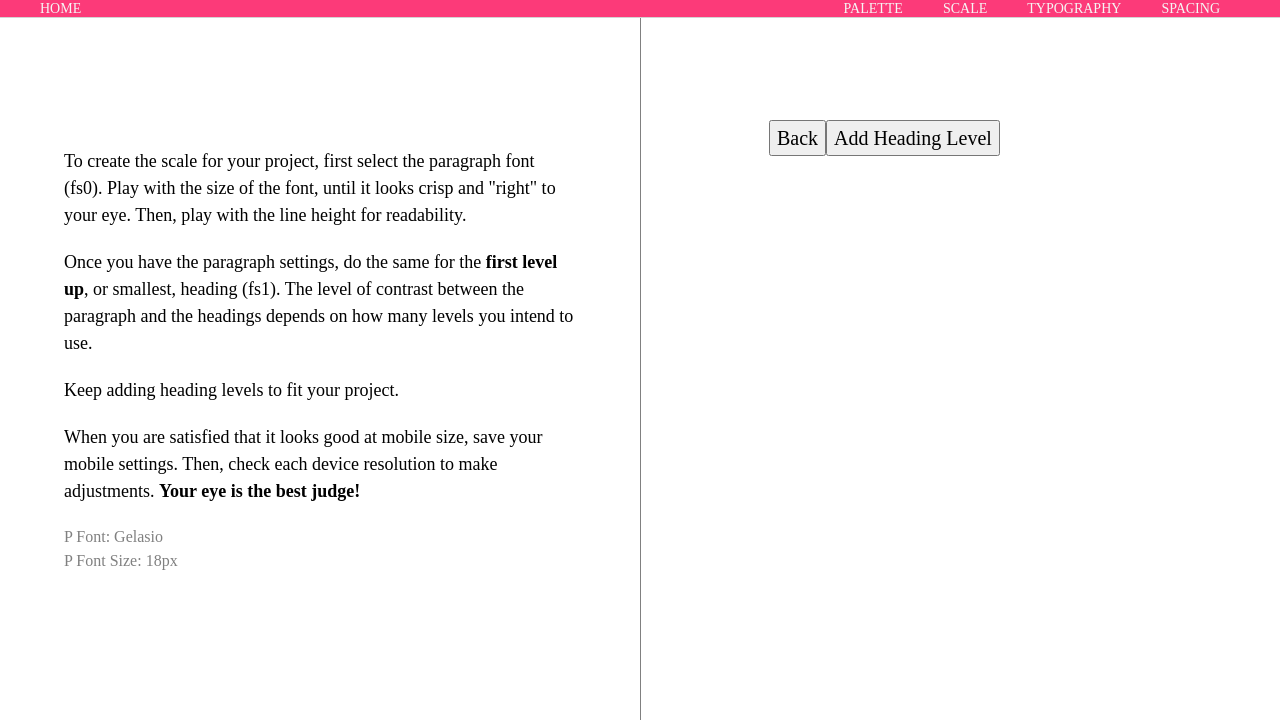
Repository: Terrycoco/coco-playground-starter
Page: /playground/scale
The author's editor kept a copy of each file at every save. The page is drawn from the files as they stood at one save, then again after the next save.
The browser window is 1280 px wide. The pictures show the whole page.
Some web fonts or font styles are not loaded; a fallback is used. The project was rebuilt for these pictures with package versions that can differ from the ones it lists, and the page was loaded fresh each time. The framework's server and built-in components were replaced by stand-ins that run in the browser. Also part of the build but not shown: next.config.js, src/components/text/H1.js, src/components/text/Text.js, src/dev/components/layout/DeviceMenu.js, src/dev/components/dropdowns/ColorDropdown.js, src/utils/objects.js, src/dev/components/dropdowns/RatioDropdown.js, src/dev/components/forms/forms.module.css and 4 more.

Above is the page before, as saved 2023-03-03 15:58:25.

### src/pages/_app.js
import "@/styles/theme.css";
import Head from "next/head";
import { ThemeProvider, ViewportProvider } from "@/context";
import "../libraries/fontawesome";

export default function App({ Component, pageProps }) {
  return (
    <div>
      <ViewportProvider>
        <ThemeProvider key="themeprovider">
          <Head>
            <meta
              name="viewport"
              content="width=device-width, initial-scale=1.0"
            />
          </Head>

          <Component {...pageProps} />
        </ThemeProvider>
      </ViewportProvider>
    </div>
  );
}

### src/pages/playground/scale.js
import { useState, useEffect } from "react";
import Head from "next/head";
import { fontVariables, getFontVariable } from "@/utils/fonts";
import { getValFromCSS } from "@/utils/strings";
import { Text } from "@/components/text";
import css from "@/styles/Playground.module.css";
import { useTheme } from "@/hooks";
import { Layout, DeviceMenu } from "@/dev/components/layout";
import { FontDropdown, RatioDropdown } from "@/dev/components/dropdowns";
import { Slider, StyleGrid, StyleGridItem } from "@/dev/components/forms";
import { calcScale, calcFontSizes } from "@/dev/utils/scaleUtils";
import { Resizable } from "re-resizable";
// import {
//   SpacingForm,
//   Slider,
//   TextForm,
//   ScaleForm,
// } from "@/dev/components/forms";
import Notepaper from "@/dev/components/Notepaper";

const FontLevel = ({ levelObj, levelName, ...props }) => {
  console.log("got here", levelObj);

  const handleLineHeightChange = (id, valUnit) => {
    props.onLineHeightChange(levelName, valUnit);
  };

  const handleFontSizeChange = (id, valUnit) => {
    props.onFontSizeChange(levelName, valUnit);
  };

  <StyleGrid title={levelName}>
    <StyleGridItem label="Font">
      <FontDropdown
        key={`${levelName}font`}
        section="fonts"
        element="display"
        isBaseLevel={true}
      />
    </StyleGridItem>
    <StyleGridItem label="Font Size">
      <Slider
        key={`${levelName}FontSize`}
        id={`${levelName}FontSize`}
        min={getValFromCSS(levelObj.fontSize) + 1}
        max="60"
        step="1"
        defaultValue={getValFromCSS(levelObj.fontSize)}
        onChange={handleFontSizeChange}
        suf="px"
      />
    </StyleGridItem>

    <StyleGridItem label="Line Height">
      <Slider
        key={`${levelName}LineHeight`}
        id={`${levelName}LineHeight`}
        min=".98"
        max="3.0"
        step="0.01"
        defaultValue={getValFromCSS(levelObj.lineHeight)}
        onChange={handleLineHeightChange}
        suf=""
      />
    </StyleGridItem>
  </StyleGrid>;
};

export default function Scale() {
  const { theme, setTheme } = useTheme();
  const [el, setEl] = useState(null);
  const [baseFont, setBaseFont] = useState();
  const [baseFontSize, setBaseFontSize] = useState();
  const [baseLineHeight, setBaseLineHeight] = useState();
  const [p1Font, setP1Font] = useState();
  const [p1FontSize, setP1FontSize] = useState();
  const [p1Ratio, setP1Ratio] = useState();
  const [p1LineHeight, setP1LineHeight] = useState();
  const [tab, setTab] = useState(1);
  const [sizes, setSizes] = useState();
  const [levelCount, setLevelCount] = useState(0);
  const [levels, setLevels] = useState({});

  useEffect(() => {
    // must do this here to wait for loading
    const el = document.getElementById("para");
    setEl(el);
    setBaseFont(theme.fonts.base);
    setBaseFontSize(theme.fontLevels.base.fontSize);
    setBaseLineHeight(theme.fontLevels.base.lineHeight);
    setLevels({ base: { ...theme.fontLevels.base } });
  }, []);

  useEffect(() => {
    if (theme.fonts.base !== baseFont) {
      setBaseFont(theme.fonts.base);
    }
    if (theme.fontLevels.base.fontSize !== baseFontSize) {
      setBaseFontSize(theme.fontLevels.base.fontSize);
    }
    if (theme.project.baseLineHeight !== baseLineHeight) {
      setBaseLineHeight(theme.fontLevels.base.LineHeight);
    }
  }, [theme]);

  const styles = {
    parablock: {
      backgroundColor: "white",
      padding: "5%",
      alignSelf: "center",
      flexBasis: "50%",
    },
    form: {
      padding: "80px 5% 5% 10%",
      borderLeft: "1px solid gray",
      flexBasis: "50%",
    },
    labelblock: {
      marginTop: "20px",
    },
    label: {
      fontSize: ".8rem",
      color: "gray",
    },
    formHead: {
      textAlign: "center",
    },
    row: {
      backgroundColor: "white",
      display: "grid",
      gridTemplateColumns: "40% 60%",
      height: "2.2rem",
    },

    rowlabel: {
      border: "1px solid lightgray",
      fontFamily: "var(--font-body)",
      fontWeight: "normal",
      fontSize: "16px",
      paddingLeft: "1rem",
      display: "flex",
      alignItems: "center",
      color: "gray",
      height: "100%",
    },

    val: {
      display: "flex",
      justifyContent: "space-between",
      alignItems: "center",
      fontWeight: "normal",
      border: "1px solid lightgray",
      textAlign: "right",
      padding: "0 1rem",
      fontSize: "12px",
      fontFamily: "var(--font-body)",
      height: "100%",
    },
    buttonrow: {
      marginTop: "2rem",
    },
  };

  const generate = () => {
    // let fs = getValFromCSS(p1FontSize);
    // let ratio = fs / getValFromCSS(pFontSize);
    // setP1Ratio(ratio);
    // let sizes = calcScale(pFontSize, ratio);
    // setSizes(sizes);
    // setTab(2);
    // calcFontSizes("18px", 2, 1.6667);
    // calcFontSizes("19px", 2, 2.7368);
    let nextlevel = levelCount + 1;

    //add new level to levels
    let levs = Object.assign({}, levels);
    let level = `fs${nextlevel}`;
    let prev = levelCount == 0 ? "base" : `fs${levelCount}`;
    console.log("prev:", prev);
    if (!levs.hasOwnProperty(level)) {
      levs[level] = {
        fontSize: levs[prev].fontSize, //suggest a size?
        lineHeight: levs[prev].lineHeight,
      };
    }

    setLevelCount(nextlevel);
    setLevels(levs);
    console.log("levs:", levs);
  };

  const changeTab = () => {
    setTab(1);
  };

  const getFontSize = (e) => {
    if (el !== null) {
      let styles = window.getComputedStyle(el);
      return styles.getPropertyValue("font-size");
    }
  };
  const getFont = (e) => {
    if (el !== null) {
      let styles = window.getComputedStyle(el);
      return styles.getPropertyValue("font-family");
    }
  };

  const getParaStyle = () => {
    let style = {
      fontFamily: getFontVariable(baseFont),
      fontSize: baseFontSize,
      lineHeight: baseLineHeight,
      marginBottom: "1rem",
    };
    return style;
  };

  const getP1Style = () => {
    let style = {
      fontFamily: getFontVariable(p1Font),
      fontSize: p1FontSize,
      lineHeight: p1LineHeight,
      marginBottom: "1rem",
    };
    return style;
  };

  const getLevelStyle = (level) => {
    let style = {
      fontFamily: getFontVariable(theme.fonts.display),
      fontSize: levels[level].fontSize,
      lineHeight: levels[level].lineHeight,
      marginBottom: "2rem",
    };
    return style;
  };

  const handleP1FontSizeChange = (id, valUnit) => {
    setP1FontSize(valUnit);
    if (pFontSize) {
      let fs = getValFromCSS(valUnit);

      let ratio = fs / getValFromCSS(baseFontSize);
      setP1Ratio(ratio);
    }
  };

  const handleLineHeightChange = (id, valUnit) => {
    let levs = Object.assign({}, levels);
    levs[id].lineHeight = valUnit;
    setLevels(levs);
  };

  const handleFontSizeChange = (id, valUnit) => {
    let levs = Object.assign({}, levels);
    levs[id].fontSize = valUnit;
    setLevels(levs);
  };

  const updateRatio = (newval) => {
    setPRatio(newval);
  };

  const showLevels = () => {
    let result = [];
    for (const levelName in levels) {
      console.log("levelName:", levelName);
      result.push(
        <FontLevel
          key={levelName}
          levelObj={levels[levelName]}
          levelName={levelName}
          onLineHeightChange={handleLineHeightChange}
          onFontSizeChange={handleFontSizeChange}
        />
      );
    }
    return result;
  };

  return (
    <>
      <Head>
        <title>Project Sizing Scale</title>
        <meta name="description" content="Modular Sizing For Project" />
        <meta name="viewport" content="width=device-width, initial-scale=1" />
        <link rel="icon" href="/favicon.ico" />
      </Head>

      <main>
        <Layout>
          <div className={css.scalepage}>
            {tab === 1 && (
              <div className={css.scalecopy} style={styles.parablock}>
                {levelCount > 0 && (
                  <div style={getP1Style()}>
                    I Am The First Level Up Heading (fs1) <br />
                    Adjust my line height between lines
                  </div>
                )}
                <div id="para">
                  <div style={getParaStyle()}>
                    To create the scale for your project, first select the
                    paragraph font (fs0). Play with the size of the font, until
                    it looks crisp and "right" to your eye. Then, play with the
                    line height for readability.
                  </div>
                  <div style={getParaStyle()}>
                    Once you have the paragraph settings, do the same for the
                    <b> first level up</b>, or smallest, heading (fs1). The
                    level of contrast between the paragraph and the headings
                    depends on how many levels you intend to use.
                  </div>
                  <div style={getParaStyle()}>
                    Keep adding heading levels to fit your project.
                  </div>
                  <div style={getParaStyle()}>
                    When you are satisfied that it looks good at mobile size,
                    save your mobile settings. Then, check each device
                    resolution to make adjustments.{" "}
                    <b>Your eye is the best judge!</b>
                  </div>
                </div>
                <div className="scalecopy" style={styles.labelblock}>
                  <div style={styles.label}>P Font: {baseFont}</div>
                  <div style={styles.label}>P Font Size: {baseFontSize}</div>
                </div>
              </div>
            )}

            {tab === 2 && (
              <div className={css.scalecopy} style={styles.parablock}>
                <div style={getHStyle("p6")}>P6 I am the next size up</div>
                <div style={getHStyle("p5")}>P5 I am the next size up</div>
                <div style={getHStyle("p4")}>P4 I am the next size up</div>
                <div style={getHStyle("p3")}>P3 I am the next size up</div>
                <div style={getHStyle("p2")}>P2 I am the next size up</div>
                <div style={getP1Style("p1")}>P1 I am the next size up</div>
                <div style={getParaStyle()}>
                  These are harmonious sizes for your project.
                </div>
              </div>
            )}

            <div id="col2" style={styles.form}>
              {showLevels()}

              <div style={styles.buttonrow}>
                <button onClick={changeTab}>Back</button>
                <button onClick={generate}>Add Heading Level</button>
              </div>
            </div>
          </div>
        </Layout>
      </main>
    </>
  );
}

{
  /* <StyleGrid title="base">
<StyleGridItem label="Base Font">
  <FontDropdown
    key="basefont"
    section="fonts"
    element="base"
    isBaseLevel={true}
  />
</StyleGridItem>
<StyleGridItem label="Base Font Size">
  <Slider
    key="baseFontSize"
    id="baseFontSize"
    min="4"
    max="40"
    step="1"
    defaultValue={baseFontSize}
    onChange={handleFontSizeChange}
    suf="px"
  />
</StyleGridItem>
<StyleGridItem label="Base Line Height">
  <Slider
    key="baseLineHeight"
    id="baseLineHeight"
    min="1"
    max="3.0"
    step="0.01"
    defaultValue={baseLineHeight}
    onChange={handleLineHeightChange}
    suf=""
  />
</StyleGridItem>
</StyleGrid> */
}

### src/styles/Playground.module.css
.scalepage {
  /* at mobile put form on top */
  display: flex;
  flex-direction: column-reverse;
  height: auto;
}

.scalecopy {
  overflow-y: scroll;
  padding: "10%";
}

@media (min-width: 481px) {
}

@media (min-width: 769px) {
  .scalepage {
    flex-direction: row;
    min-height: 100vh;
  }
}

@media (min-width: 1025px) {
}

@media (min-width: 1201px) {
}

### src/styles/reset.css
/* Box sizing rules */
*,
*::before,
*::after {
  box-sizing: border-box;
}

/* Remove default margin */
html,
body,
h1,
h2,
h3,
h4,
h5,
h6,
p,
figure,
blockquote,
dl,
dd {
  margin: 0;
  padding: 0;
}

/* Remove list styles on ul, ol elements with a list role, which suggests default styling will be removed */
ul[role="list"],
ol[role="list"] {
  list-style: none;
}

/* Set core root defaults */
html:focus-within {
  scroll-behavior: smooth;
}

/* Set core body defaults */
body {
  min-height: 100vh;
  text-rendering: optimizeSpeed;
  line-height: 1.5;
}

/* A elements that don't have a class get default styles */
a:not([class]) {
  text-decoration-skip-ink: auto;
}

/* Make images easier to work with */
img,
picture {
  max-width: 100%;
  display: block;
}

/* Inherit fonts for inputs and buttons */
input,
button,
textarea,
select {
  font: inherit;
}

/* remove any default font props */
body,
h1,
h2,
h3,
h4,
h5,
h6,
p {
  letter-spacing: normal;
  word-spacing: normal;
  line-height: 1.5;
  font-optical-sizing: auto;
}

/* Remove all animations, transitions and smooth scroll for people that prefer not to see them */
@media (prefers-reduced-motion: reduce) {
  html:focus-within {
    scroll-behavior: auto;
  }

  *,
  *::before,
  *::after {
    animation-duration: 0.01ms !important;
    animation-iteration-count: 1 !important;
    transition-duration: 0.01ms !important;
    scroll-behavior: auto !important;
  }
}

### src/styles/fonts.css
:root {
  /* in alphabetical order */
  --font-bitter: "__Bitter_0c9f22", "__Bitter_Fallback_0c9f22";

  --font-comfortaa: "__Comfortaa_9d0dbd", "__Comfortaa_Fallback_9d0dbd";

  --font-gelasio: "__Gelasio_f3781c", "__Gelasio_Fallback_f3781c";

  --font-inter: "__Inter_9c9965", "__Inter_Fallback_9c9965";

  --font-josefin-sans: "__Josefin_Sans_d19b53", "__Josefin_Sans_Fallback_d19b53";

  --font-karla: "__Karla_6f438c", "__Karla_Fallback_6f438c";

  --font-lora: "__Lora_96312a", "__Lora_Fallback_96312a";

  --font-montserrat: "__Montserrat_258d1f", "__Montserrat_Fallback_258d1f";

  --font-nunito: "__Nunito_81bb96", "__Nunito_Fallback_81bb96";

  --font-oleo-script: "__Oleo_Script_5e044c", "__Oleo_Script_Fallback_5e044c";
  --font-open_sans: "__Open_Sans_d8c39e", "__Open_Sans_Fallback_d8c39e";

  --font-playfair-display: "__Playfair_Display_267efd",
    "__Playfair_Display_Fallback_267efd";

  --font-quicksand: "__Quicksand_db5bc9", "__Quicksand_Fallback_db5bc9";

  --font-raleway: "__Raleway_6a7471", "__Raleway_Fallback_6a7471";
  --font-roboto-flex: "__Roboto_Flex_442174", "__Roboto_Flex_Fallback_442174";
  --font-roboto_mono: "__Roboto_Mono_77395d", "__Roboto_Mono_Fallback_77395d";
  --font-roboto-serif: "__Roboto_Serif_e3f065", "__Roboto_Serif_Fallback_e3f065";
  --font-rubik: "__Rubik_5adf47", "__Rubik_Fallback_5adf47";

  --font-sansita-swashed: "__Sansita_Swashed_04f9e8",
    "__Sansita_Swashed_Fallback_04f9e8";
  --font-space-mono: "__Space_Mono_f90887", "__Space_Mono_Fallback_f90887";

  --font-work-sans: "__Work_Sans_df66b1", "__Work_Sans_Fallback_df66b1";
}

### src/dev/components/layout/layout.module.css
.mainmenu {
  position: fixed;
  height: var(--sp-header-height);
  line-height: var(--sp-header-height);
  width: 100vw;
  right: 0;
  left: 0;
  z-index: 999;
  top: 0;
  background: var(--clr-primary);
  border-bottom: 1px solid lightgray;
  display: flex;
  flex-direction: row;
  justify-content: space-between;
  padding-left: 0;
  padding-right: 1rem;
}

.devicemenu {
  position: fixed;
  height: var(--sp-header-height);
  line-height: var(--sp-header-height);
  width: 100vw;
  right: 1rem;
  left: 0;
  z-index: 999;
  top: var(--header-h);
  background: var(--clr-whitish);
  border-bottom: 1px solid lightgray;
  display: flex;
  flex-direction: row;
  justify-content: space-between;
  padding-left: 0;
  padding-right: 2rem;
  align-items: center;
}

.mainmenu nav {
}

.mainmenu ul {
  display: flex;
  margin-top: 0;
}

.mainmenu li {
  list-style: none;
  margin-right: 2rem;
}

.mainmenu li a {
  text-decoration: none;
  color: var(--clr-whitish);
  text-transform: uppercase;
  font-family: var(--font-display);
  font-weight: normal;
}
.mainmenu li a:hover {
  color: white;
  font-weight: bold;
}

.devicemenu li a {
  text-decoration: none;
  text-transform: uppercase;
  font-family: var(--font-display);
  font-weight: normal;
}

.devicemenu li a:hover {
  color: var(--clr-primary);
}

.page {
  min-height: 100vh;
  width: 100vw;
  overflow-y: scroll;
  z-index: 0;
}

.selected {
  color: var(--clr-primary);
}

.unselected {
  color: var(--clr-blackish);
}

### src/dev/components/forms/Slider/slider.module.css
.slidecontainer {
  width: 100%; /* Width of the outside container */
  display: flex;
  justify-content: space-between;
  padding-left: 0.5rem;
  padding-right: 1rem;
  font-family: "Arial";
  font-size: 12px;
  height: 100%;
  align-items: center;
}

/* The slider itself */
.slider {
  -webkit-appearance: none; /* Override default CSS styles */
  appearance: none;
  width: 75%; /* Full-width */
  height: 25px; /* Specified height */
  background: #d3d3d3; /* Grey background */
  outline: none; /* Remove outline */
  opacity: 0.7; /* Set transparency (for mouse-over effects on hover) */
  -webkit-transition: 0.2s; /* 0.2 seconds transition on hover */
  transition: opacity 0.2s;
}

/* Mouse-over effects */
.slider:hover {
  opacity: 1; /* Fully shown on mouse-over */
}

/* The slider handle (use -webkit- (Chrome, Opera, Safari, Edge) and -moz- (Firefox) to override default look) */
.slider::-webkit-slider-thumb {
  -webkit-appearance: none; /* Override default look */
  appearance: none;
  width: 25px; /* Set a specific slider handle width */
  height: 25px; /* Slider handle height */
  background: #04aa6d; /* Green background */
  cursor: pointer; /* Cursor on hover */
}

.slider::-moz-range-thumb {
  width: 25px; /* Set a specific slider handle width */
  height: 25px; /* Slider handle height */
  background: #04aa6d; /* Green background */
  cursor: pointer; /* Cursor on hover */
}

Loaded but not shown: src/pages/_document.js (common file); src/utils/fonts.js (340 lines, source omitted); src/themes/learn.js (208 lines, source omitted); src/dev/components/dropdowns/FontDropdown.js (150 lines, source omitted); src/dev/utils/colorUtils.js (146 lines, source omitted); src/dev/utils/scaleUtils.js (79 lines, source omitted); src/dev/components/layout/StickyHeader.js (77 lines, source omitted); src/dev/components/forms/StyleGrid.js (71 lines, source omitted); src/utils/strings.js (40 lines, source omitted); src/dev/components/forms/Slider/index.js (38 lines, source omitted); src/context/ViewportContext.js (31 lines, source omitted); src/context/ThemeContext.js (33 lines, source omitted); src/dev/components/forms/index.js (14 lines, source omitted); src/libraries/fontawesome.js (12 lines, source omitted); src/dev/components/layout/Layout.js (13 lines, source omitted); src/dev/components/dropdowns/index.js (5 lines, source omitted); src/dev/components/layout/index.js (5 lines, source omitted); src/context/index.js (4 lines, source omitted); src/dev/components/layout/Page.js (7 lines, source omitted); src/hooks/index.js (4 lines, source omitted); src/themes/index.js (5 lines, source omitted); src/hooks/useViewport.js (3 lines, source omitted); src/components/text/index.js (4 lines, source omitted); src/hooks/useTheme.js (3 lines, source omitted); src/styles/theme.css (247 lines, source omitted)

After the next save:
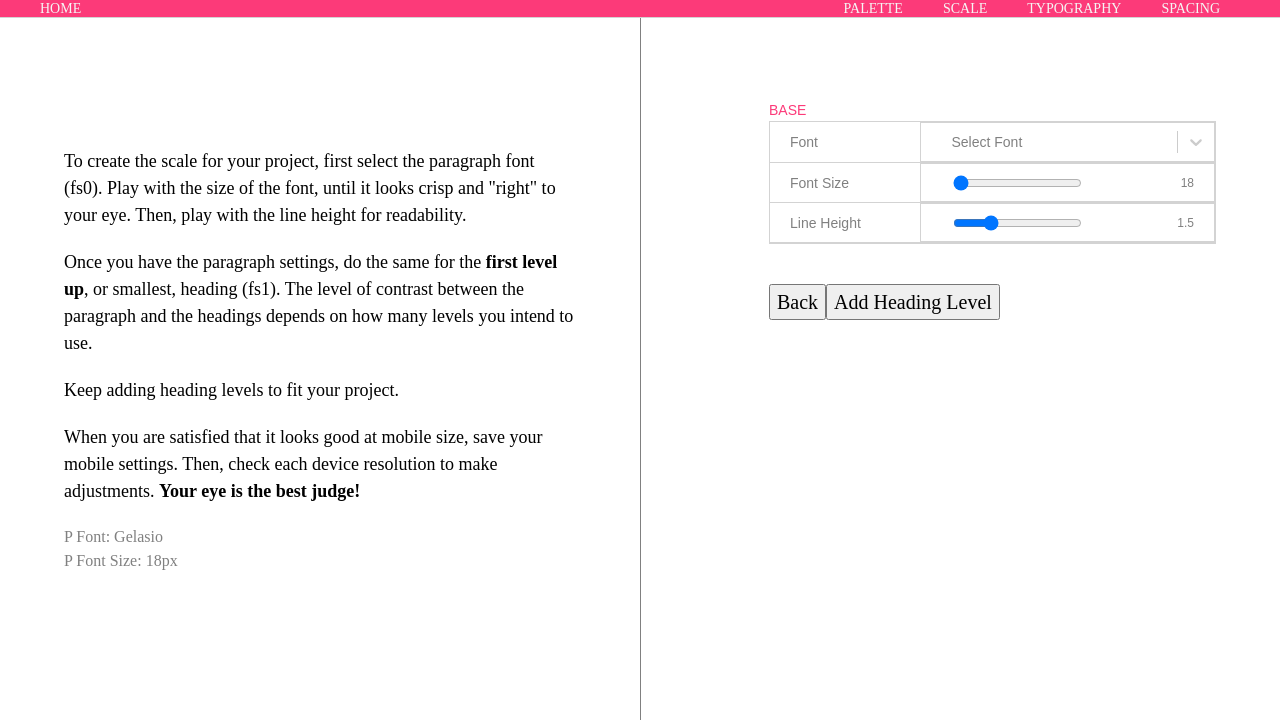
Saved 42 s later.
--- a/src/pages/playground/scale.js
+++ b/src/pages/playground/scale.js
@@ -29,41 +29,43 @@ const FontLevel = ({ levelObj, levelName, ...props }) => {
     props.onFontSizeChange(levelName, valUnit);
   };
 
-  <StyleGrid title={levelName}>
-    <StyleGridItem label="Font">
-      <FontDropdown
-        key={`${levelName}font`}
-        section="fonts"
-        element="display"
-        isBaseLevel={true}
-      />
-    </StyleGridItem>
-    <StyleGridItem label="Font Size">
-      <Slider
-        key={`${levelName}FontSize`}
-        id={`${levelName}FontSize`}
-        min={getValFromCSS(levelObj.fontSize) + 1}
-        max="60"
-        step="1"
-        defaultValue={getValFromCSS(levelObj.fontSize)}
-        onChange={handleFontSizeChange}
-        suf="px"
-      />
-    </StyleGridItem>
-
-    <StyleGridItem label="Line Height">
-      <Slider
-        key={`${levelName}LineHeight`}
-        id={`${levelName}LineHeight`}
-        min=".98"
-        max="3.0"
-        step="0.01"
-        defaultValue={getValFromCSS(levelObj.lineHeight)}
-        onChange={handleLineHeightChange}
-        suf=""
-      />
-    </StyleGridItem>
-  </StyleGrid>;
+  return (
+    <StyleGrid title={levelName}>
+      <StyleGridItem label="Font">
+        <FontDropdown
+          key={`${levelName}font`}
+          section="fonts"
+          element="display"
+          isBaseLevel={true}
+        />
+      </StyleGridItem>
+      <StyleGridItem label="Font Size">
+        <Slider
+          key={`${levelName}FontSize`}
+          id={`${levelName}FontSize`}
+          min={getValFromCSS(levelObj.fontSize) + 1}
+          max="60"
+          step="1"
+          defaultValue={getValFromCSS(levelObj.fontSize)}
+          onChange={handleFontSizeChange}
+          suf="px"
+        />
+      </StyleGridItem>
+
+      <StyleGridItem label="Line Height">
+        <Slider
+          key={`${levelName}LineHeight`}
+          id={`${levelName}LineHeight`}
+          min=".98"
+          max="3.0"
+          step="0.01"
+          defaultValue={getValFromCSS(levelObj.lineHeight)}
+          onChange={handleLineHeightChange}
+          suf=""
+        />
+      </StyleGridItem>
+    </StyleGrid>
+  );
 };
 
 export default function Scale() {
